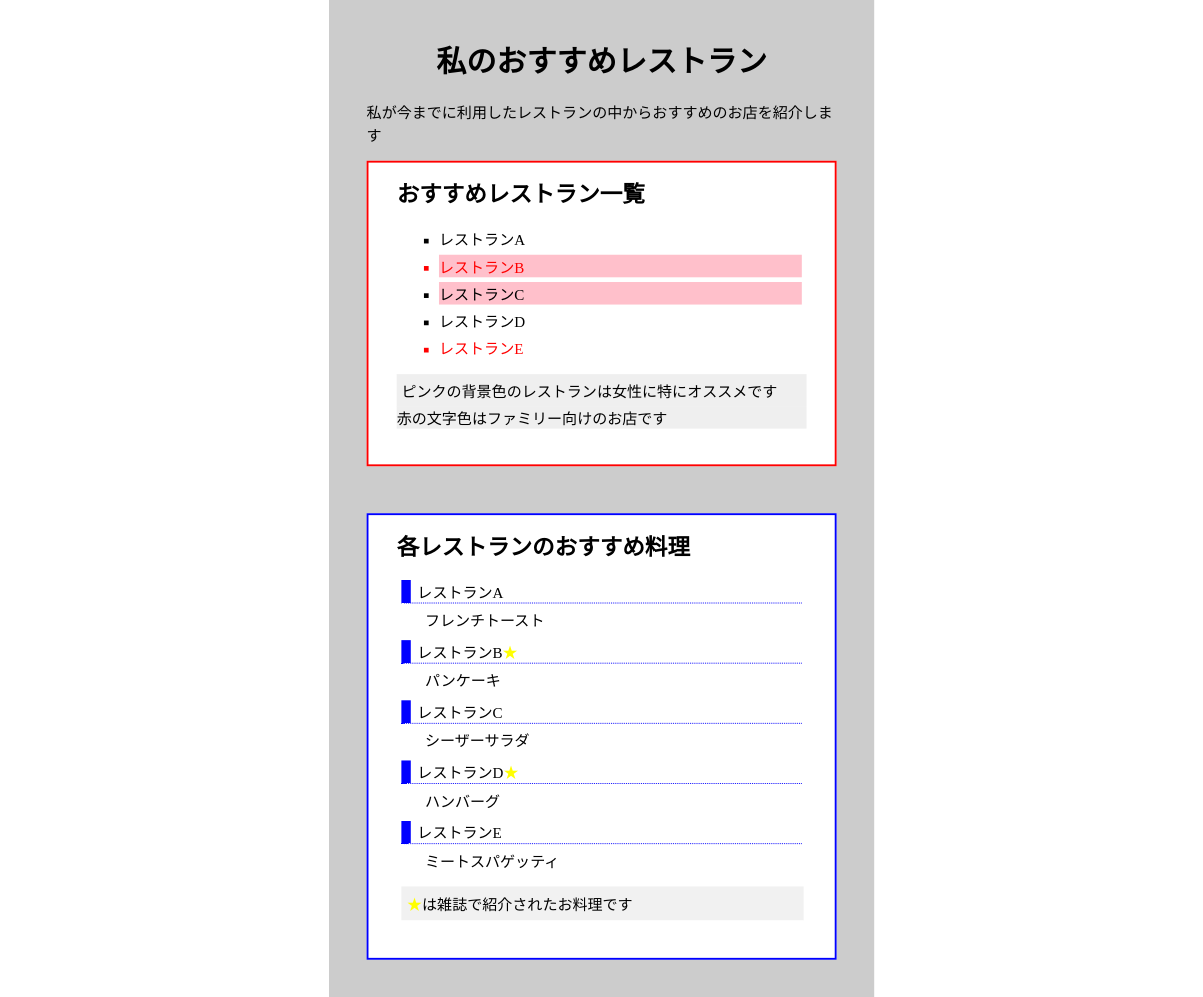
Repository: tsubasa2/restaurant
Page: 2021.2.html
The author's editor kept a record of every edit. The page is drawn from the files as they stood at one moment, then again after the next edit.
The browser window is 1280 px wide. The pictures show the whole page, at 94% of full size.

Above is the page before.

After the next edit:
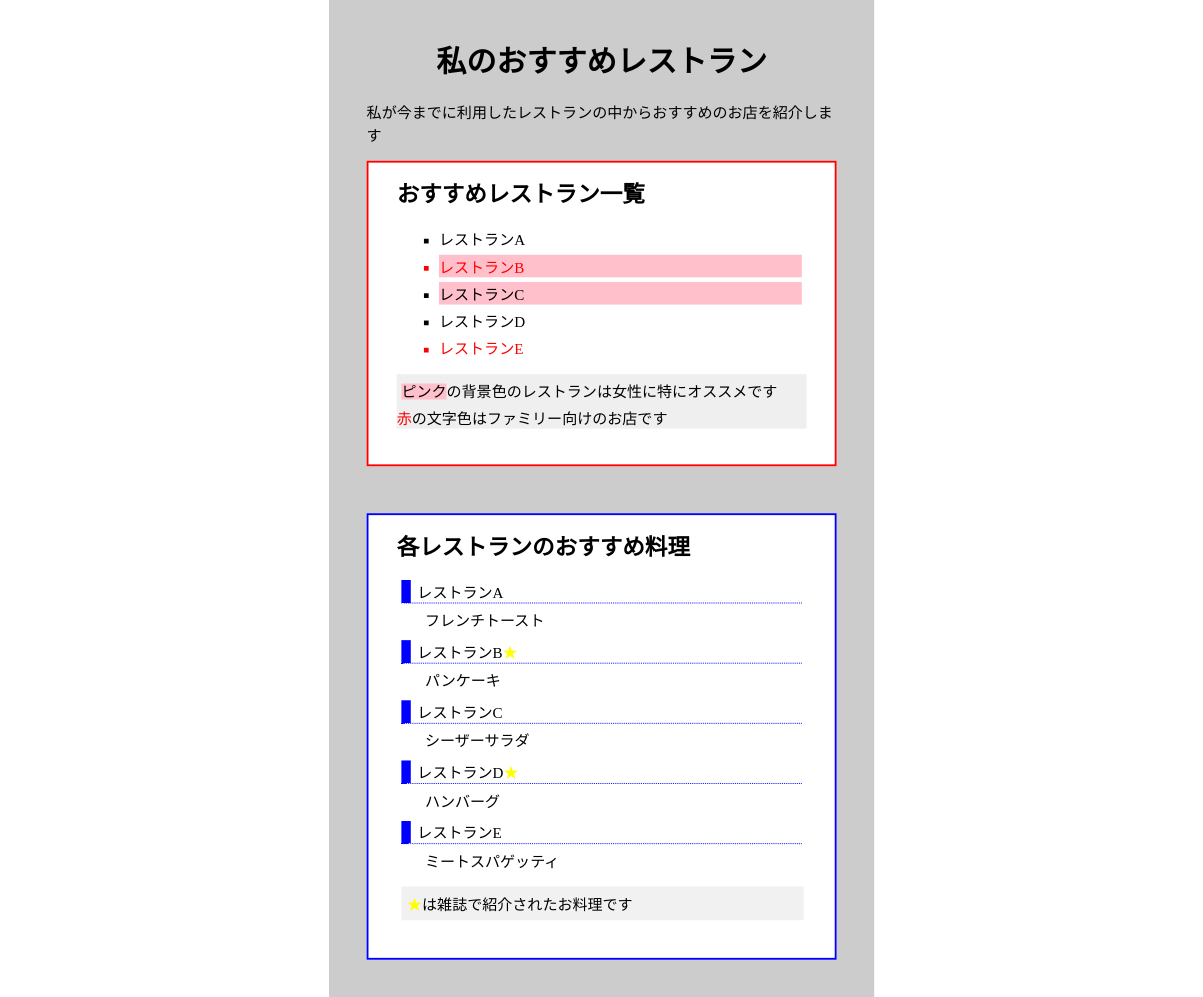
The edit:
--- a/2021.2.html
+++ b/2021.2.html
@@ -19,8 +19,8 @@
                     <li class="red">レストランE</li>
                 </ul>
                 <div id="layout">
-                    <p id="layout1">ピンクの背景色のレストランは女性に特にオススメです</p>
-                    <p id="layout2">赤の文字色はファミリー向けのお店です</p>
+                    <p id="layout1"><span class="bg-pink">ピンク</span>の背景色のレストランは女性に特にオススメです</p>
+                    <p id="layout2"><span class="red">赤</span>の文字色はファミリー向けのお店です</p>
                 </div>
             </div>
             <div id="food-list">
